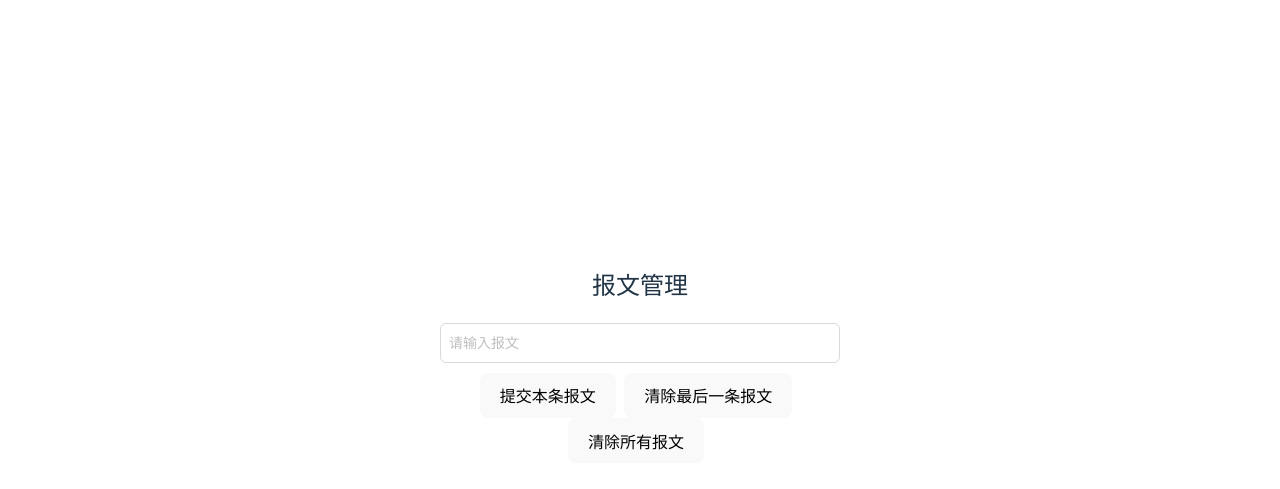
Repository: WUTONK/GoBlogAssignment3
Page: /user/postmodify (app in frontend/)
An editor plug-in stored every save of this project. The page is shown before and after the next save, followed by the edit.
The browser window is 1280 px wide. The pictures show the whole page.
The project was rebuilt for these pictures with package versions that can differ from the ones it lists, and the page was loaded fresh each time. Also part of the build but not shown: frontend/vite.config.ts, frontend/src/api/runtime.ts, frontend/src/api/models/LoginReq.ts, frontend/src/api/models/LoginRsp.ts, frontend/src/api/models/SqlReq.ts, frontend/src/api/models/SqlRsp.ts, frontend/src/api/models/index.ts, frontend/src/api/apis/DefaultApi.ts and 5 more.

Above is the page before, as saved 2025-07-26 23:47:16.

After the next save:
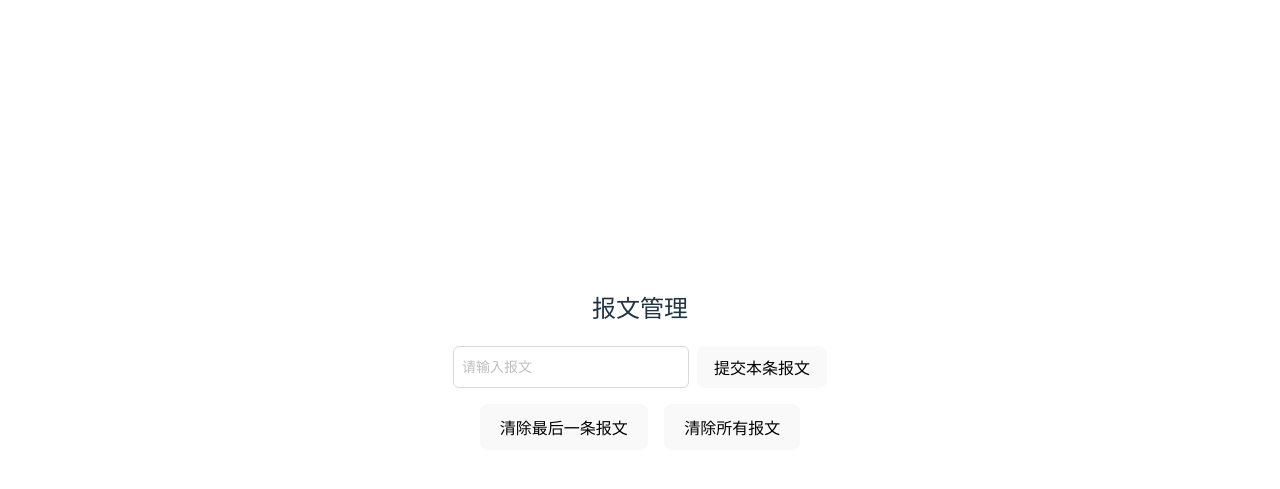
Saved 92 s later.
--- a/frontend/src/PostModifyPage.tsx
+++ b/frontend/src/PostModifyPage.tsx
@@ -1,50 +1,37 @@
-import { useEffect, useState } from 'react'
+import { useState } from 'react'
 import './app.css'
 import { Api } from './shared'
 import Input from 'antd/es/input/Input'
 import { useNavigate } from 'react-router-dom'
 
 function PostModify() {
-  // const navigate = useNavigate() //路由
   const [post, setPosts] = useState("")
 
   return (
-    <>
-      <div style={{ maxWidth: 400, margin: "0 auto", padding: 20 }}>
-        <h2>报文管理</h2>
+    <div style={{ maxWidth: 500, margin: "0 auto", padding: 20 }}>
+      <h2 style={{ textAlign: "center" }}>报文管理</h2>
+      {/* 输入框和提交按钮同一行 */}
+      <div style={{ display: "flex", marginBottom: 16 }}>
         <Input
           type="text"
           value={post}
           onChange={(e: React.ChangeEvent<HTMLInputElement>) => setPosts(e.target.value)}
           placeholder="请输入报文"
-          style={{ width: "100%", marginBottom: 10, padding: 8 }}
+          style={{ flex: 1, marginRight: 8, padding: 8 }}
         />
-
-        <div style={{ marginBottom: 10 }}>
-          <button
-            onClick={() => { }}
-            style={{ marginRight: 8 }}
-          >
-            提交本条报文
-          </button>
-
-          <button
-            onClick={() => { }}
-            style={{ marginRight: 8 }}
-          >
-            清除最后一条报文
-          </button>
-
-          <button
-            onClick={() => { }}
-            style={{ marginRight: 8 }}
-          >
-            清除所有报文
-          </button>
-
-        </div>
+        <button
+          onClick={() => { }}
+          style={{ padding: "8px 16px" }}
+        >
+          提交本条报文
+        </button>
       </div>
-    </>
+      {/* 下面两个按钮一行 */}
+      <div style={{ display: "flex", justifyContent: "center", gap: 16 }}>
+        <button onClick={() => { }}>清除最后一条报文</button>
+        <button onClick={() => { }}>清除所有报文</button>
+      </div>
+    </div>
   )
 }
 
